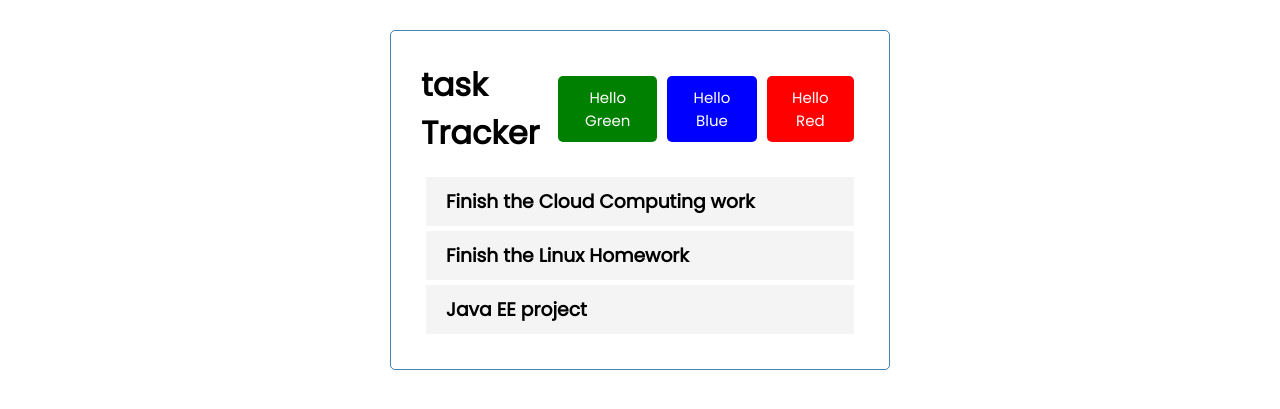
Repository: ds-mbappe/react-task-tracker
Page: /
The author's editor kept a copy of each file at every save. The page is drawn from the files as they stood at one save, then again after the next save.
The browser window is 1280 px wide. The pictures show the whole page.
The project was rebuilt for these pictures with package versions that can differ from the ones it lists, and the page was loaded fresh each time.

Above is the page before, as saved 2021-10-01 04:56:06.

After the next save:
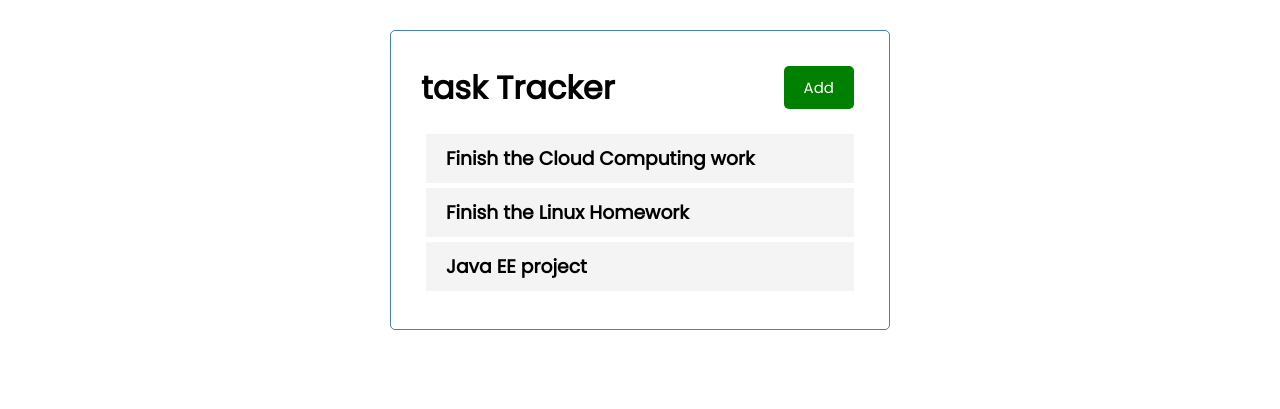
Saved 37 s later.
--- a/src/components/Header.js
+++ b/src/components/Header.js
@@ -5,9 +5,7 @@ const Header = ({title}) => {
     return (
         <header className="header">
             <h1>{title}</h1>
-            <Button color="green" text="Hello Green" />
-            <Button color="blue" text="Hello Blue"/>
-            <Button color="red" text="Hello Red"/>
+            <Button color="green" text="Add" />
         </header>
     )
 }
